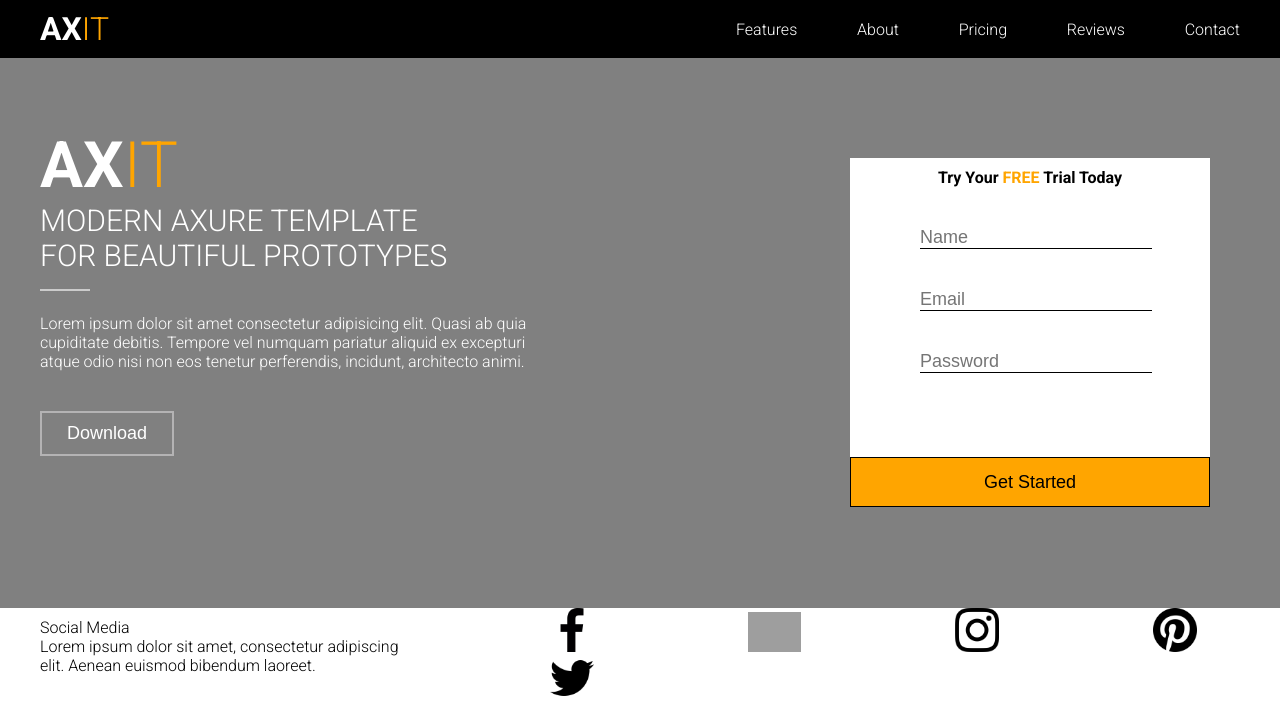
Repository: AsadKasimov/axit
Page: in.html
The author's editor kept a copy of each file at every save. The page is drawn from the files as they stood at one save, then again after the next save.
The browser window is 1280 px wide. The pictures show the whole page.
Pictures or frames that could not be fetched are drawn as grey boxes.

Above is the page before, as saved 2023-04-14 23:25:06.

After the next save:
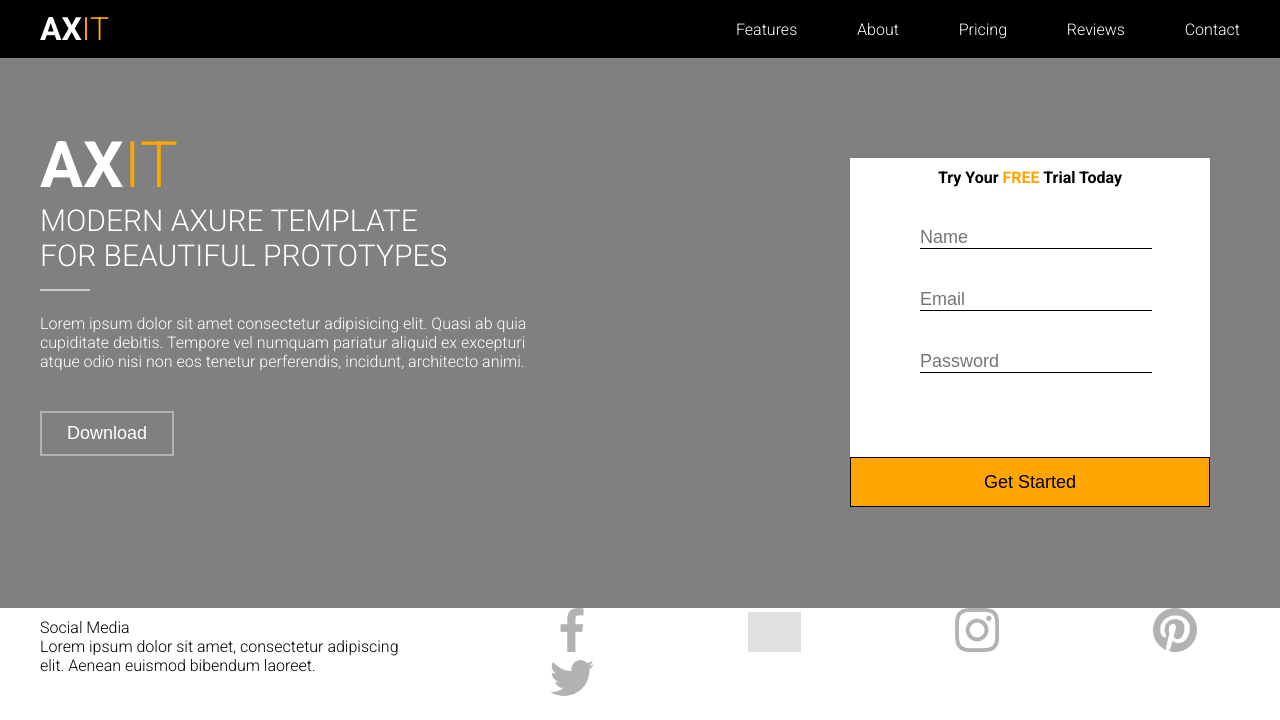
Saved 6 s later.
--- a/style.css
+++ b/style.css
@@ -178,6 +178,6 @@ hr {
 .soc-ac>a{
     margin-left: 150px;
     margin-right: 0px;
-    opacity: .;
+    opacity: .3;
 
 }
